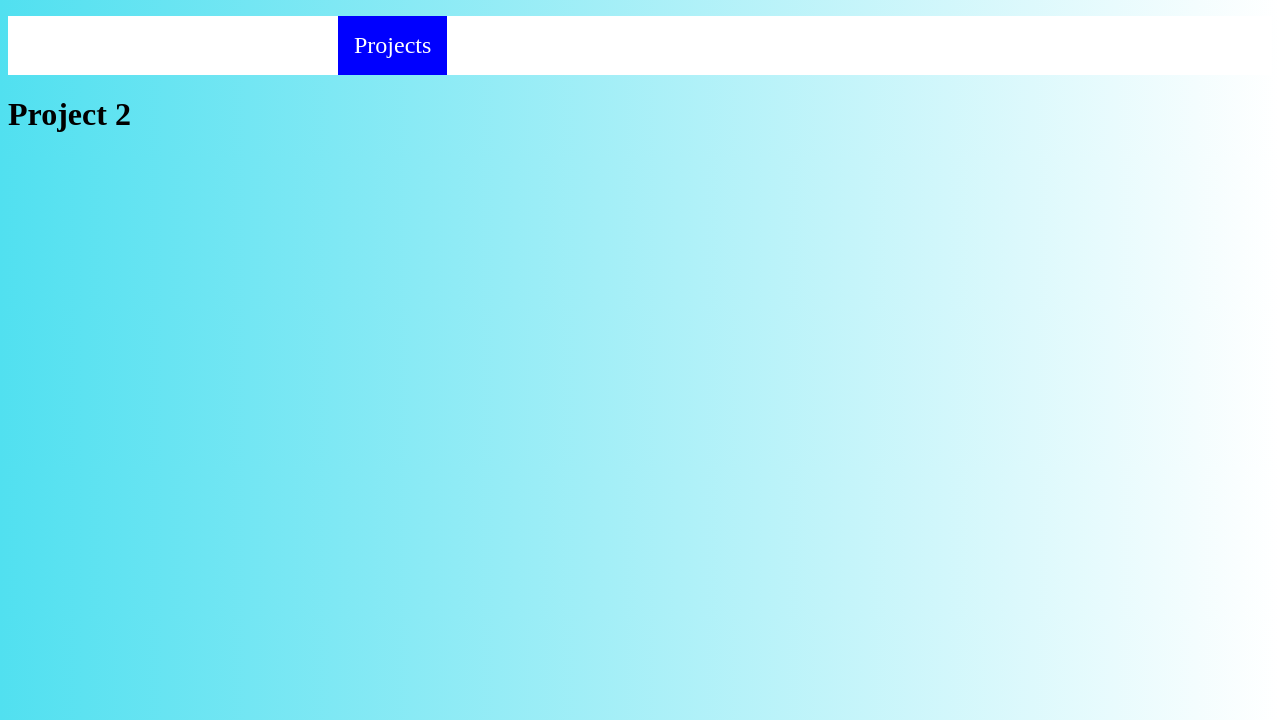
Repository: MasonSingleterry/MasonSingleterry.github.io
Page: project2.html
The author's editor kept a record of every edit. The page is drawn from the files as they stood at one moment, then again after the next edit.
The browser window is 1280 px wide. The pictures show the whole page.

Above is the page before.

### project2.html
<!DOCTYPE html>
<html>
    <head>
        <title>Project 2</title>
        <link rel = "stylesheet" type = "text/css" href = "style.css"
    </head>
    <body class = "body">
        <ul class = "navbar">
            <li><a href = "index.html">Home</a></li>
            <li><a href = "aboutme.html">About Me</a></li>
            <li><a href = "resume.html">Resume</a></li>
            <li class = "dropdown">
                <div class = "active">Projects</div>
                <ul class = "dropdown-content">
                    <li><a href = "project1.hmtl">project 1</a></li>
                    <li><a href = "project2.html">project 2</a></li>
                    <li><a href = "project3.html">project 3</a></li>
                </ul>
            </li>
            <li><a href = "contactme.html">Contact Me</a></li>
        </ul>
        <h1>Project 2</h1>
    </body>
</html>

### style.css
            .body {
                background-image: linear-gradient(90deg, #51e0f0,  #FFFFFF);
                color: #00000;
            }

            .navbar {
                list-style: none;
                background-color: #FFFFFF;
                overflow: hidden;
                padding: 0;
            }

            .navbar a, .dropdown div {
                text-decoration: none;
                color: #ffffff;
                font-size: 24px;
                padding: 16px;
                display: inline-block;
            }

            .navbar li {
                float: left;
            }

            .navbar li:hover {
                background-color: #7FFF00;
            }

            .dropdown-content {
                list-style: none;
                padding: 0;
                display: none;
                position: absolute;
                Z-index: 1;
            }
            .dropdown-content li {
                background-color: #35383d;
                float: none;
            }

            .dropdown:hover .dropdown-content {
                display: block;
            }

            .active {
                background-color: blue;
            }

After the next edit:
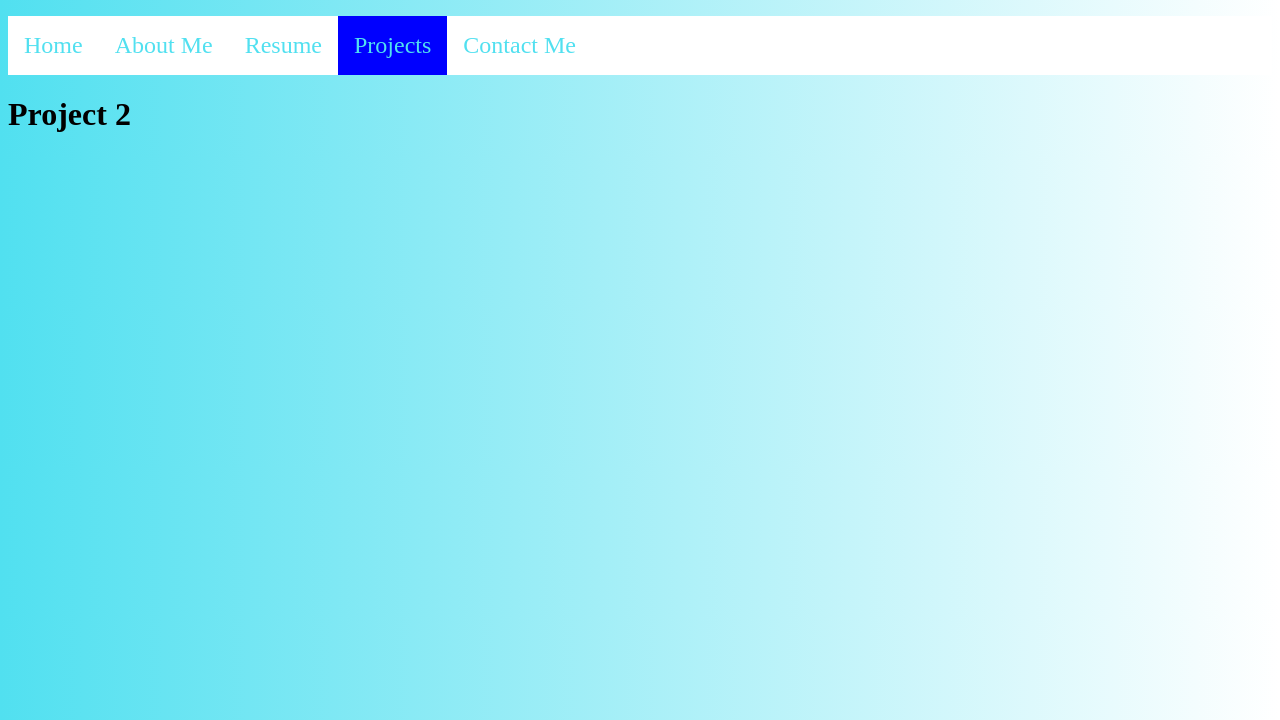
The edit:
--- a/style.css
+++ b/style.css
@@ -12,7 +12,7 @@
 
             .navbar a, .dropdown div {
                 text-decoration: none;
-                color: #ffffff;
+                color: #51e0f0;
                 font-size: 24px;
                 padding: 16px;
                 display: inline-block;
